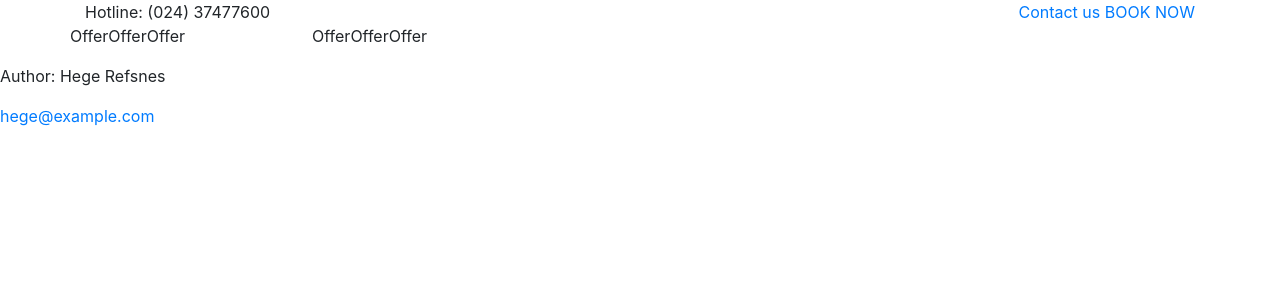
Repository: heishung/project-booking
Page: index.html
The author's editor kept a copy of each file at every save. The page is drawn from the files as they stood at one save, then again after the next save.
The browser window is 1280 px wide. The pictures show the whole page.
The style sheet was rebuilt from its Sass, Less or Tailwind sources for each picture, by a compiler version that may differ from the author's.

Above is the page before, as saved 2020-11-19 23:15:10.
Console error (its wording comes from the project's code and is left out).

### index.html
<!DOCTYPE html>
<html lang="en">
<head>
    <meta charset="UTF-8">
    <meta name="viewport" content="width=device-width, initial-scale=1.0">
    <title>Document</title>
    <link rel="stylesheet" href="./css/bootstrap.min.css">
    <link rel="stylesheet" href="./css/style.css">
    <script src="./js/bootstrap.bundle.min.js"></script>

</head>
<body>
    <div class="wrapper"></div>
    <header>
        <div class="container d-flex justify-content-between">
            <span>Hotline: (024) 37477600</span>
            <div><a href="#">Contact us</a>
                <a href="#">BOOK NOW</a></div>
        </div>
        <div class="banner">
            <div class="menu ">
                <ul class="nav container">
                    <li class="item"><a href="#"> </a>Offer</li>
                    <li class="item"><a href="#"> </a>Offer</li>
                    <li class="item"><a href="#"> </a>Offer</li>
                    <li class="item"><a href="#"> </a> <img src="./image/logo.svg" alt="logo"></li>
                    <li class="item"><a href="#"> </a>Offer</li>
                    <li class="item"><a href="#"> </a>Offer</li>
                    <li class="item"><a href="#"> </a>Offer</li>
                </ul>
            </div>
        </div>
    </header>

    <footer>
        <p>Author: Hege Refsnes</p>
        <p><a href="mailto:hege@example.com">hege@example.com</a></p>
    </footer>
    <script src="./js/jquery-3.5.1.slim.min.js"></script>
    <script src="./js/popper.min.js"></script>
    <script src="./js/bootstrap.min.js"></script>
</body>
</html>

Loaded but not shown: css/bootstrap.min.css (library); js/bootstrap.bundle.min.js (library); js/jquery-3.5.1.slim.min.js (library); js/popper.min.js (library); js/bootstrap.min.js (library); css/style.scss (no stored copy; drawn as an empty file)

After the next save:
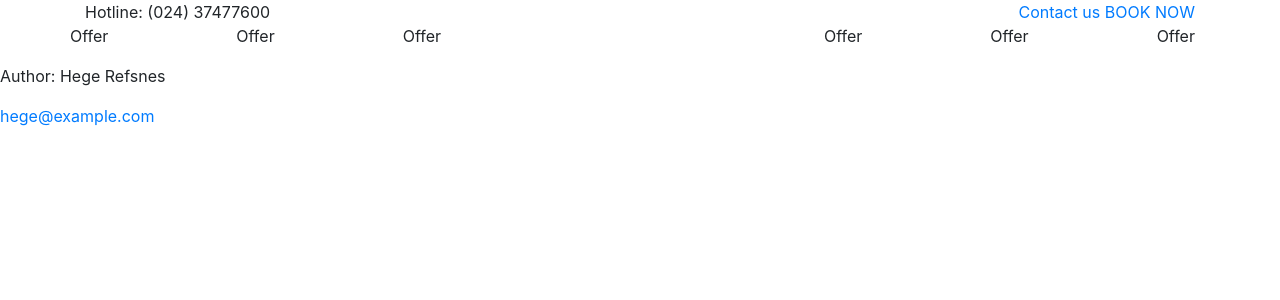
Saved 63 s later.
--- a/index.html
+++ b/index.html
@@ -19,7 +19,7 @@
         </div>
         <div class="banner">
             <div class="menu ">
-                <ul class="nav container">
+                <ul class="nav container d-flex justify-content-between">
                     <li class="item"><a href="#"> </a>Offer</li>
                     <li class="item"><a href="#"> </a>Offer</li>
                     <li class="item"><a href="#"> </a>Offer</li>
